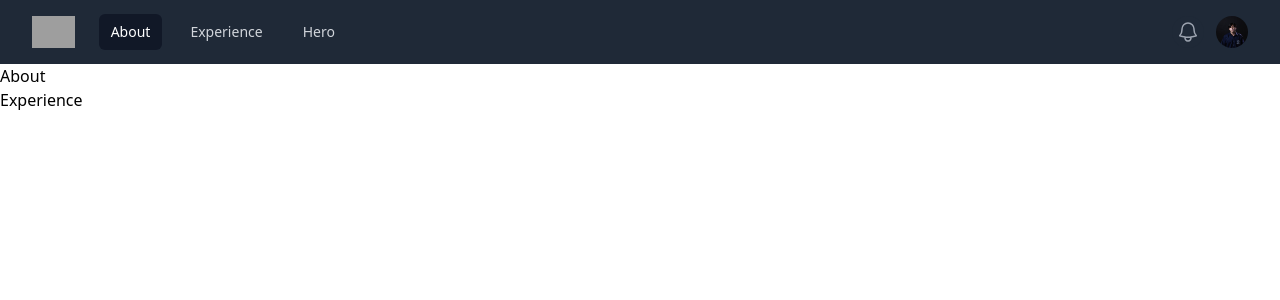
Repository: supakorn5039-boon/React-f
Page: /
The author's editor kept a copy of each file at every save. The page is drawn from the files as they stood at one save, then again after a run of saves.
The browser window is 1280 px wide. The pictures show the whole page.
Pictures or frames that could not be fetched are drawn as grey boxes. The project was rebuilt for these pictures with package versions that can differ from the ones it lists, and the page was loaded fresh each time. Also part of the build but not shown: vite.config.js.

Above is the page before, as saved 2024-01-09 10:51:34.

After the next 6 saves:
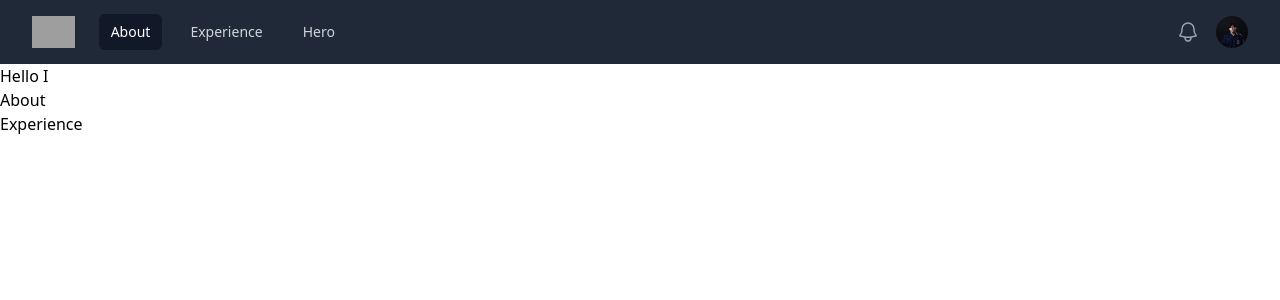
The 6 saves are shown as one change because they came seconds apart.
The last was saved 22 s later.
--- a/src/components/Hero.jsx
+++ b/src/components/Hero.jsx
@@ -5,8 +5,8 @@ export default function Hero() {
       <section className="">
         <div>
           <div>
-            <h1>
-
+            <h1 className="heroHeadText">
+          Hello I
             </h1>
             <p>
 
